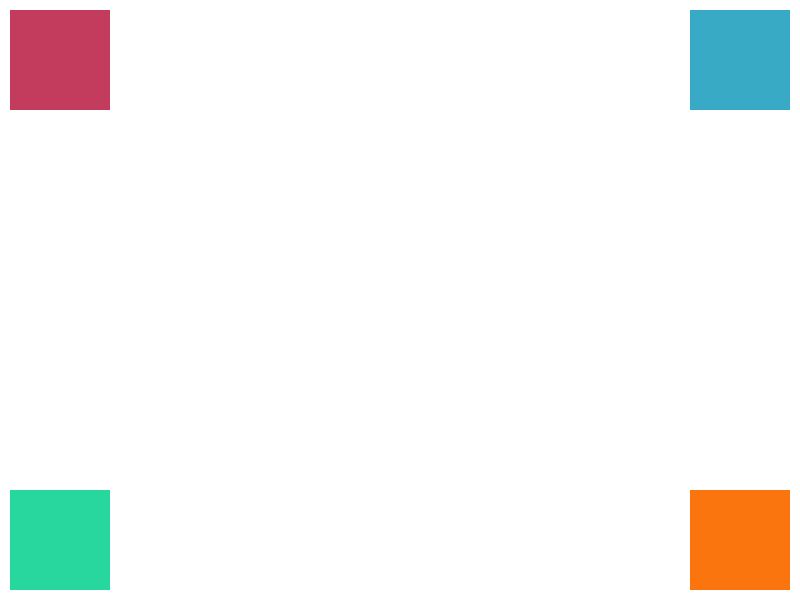
Repository: fredoluzjr/Java-Udemy
Program's window: java Workspace/exercicios-javafx/src/layout/AppLayout.java
An editor plug-in stored every save of this project. The program's window is shown before and after the next save, followed by the edit.
It runs on Java 21 on a 1366 x 768 screen with JavaFX 11; the title bar is not drawn.

Above is the program's window before, as saved 2021-07-08 22:21:05.

After the next save:
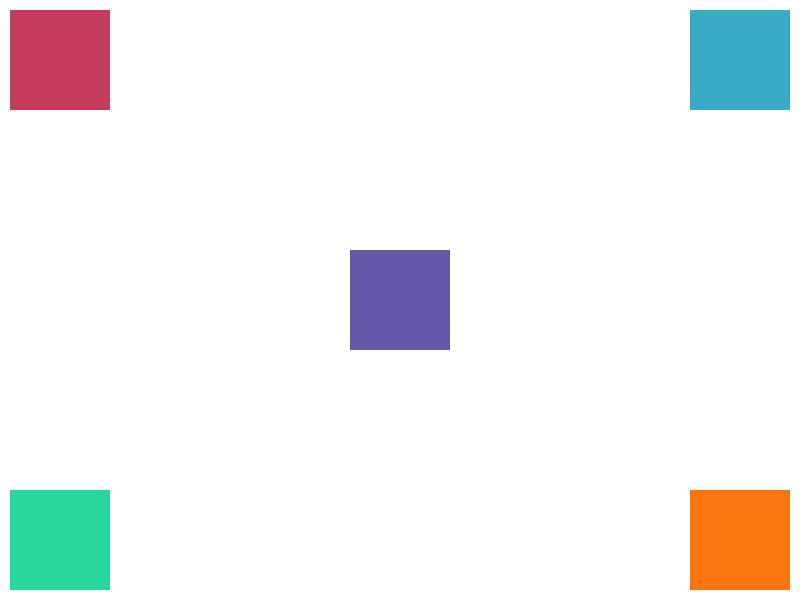
Saved 9 s later.
--- a/Workspace/exercicios-javafx/src/layout/TesteAnchorPane.java
+++ b/Workspace/exercicios-javafx/src/layout/TesteAnchorPane.java
@@ -26,6 +26,6 @@
 		setTopAnchor(q5, 250.0);
 		setLeftAnchor(q5, 350.0);
 
-		getChildren().addAll(q1, q2, q3, q4);
+		getChildren().addAll(q1, q2, q3, q4, q5);
 	}
 }
